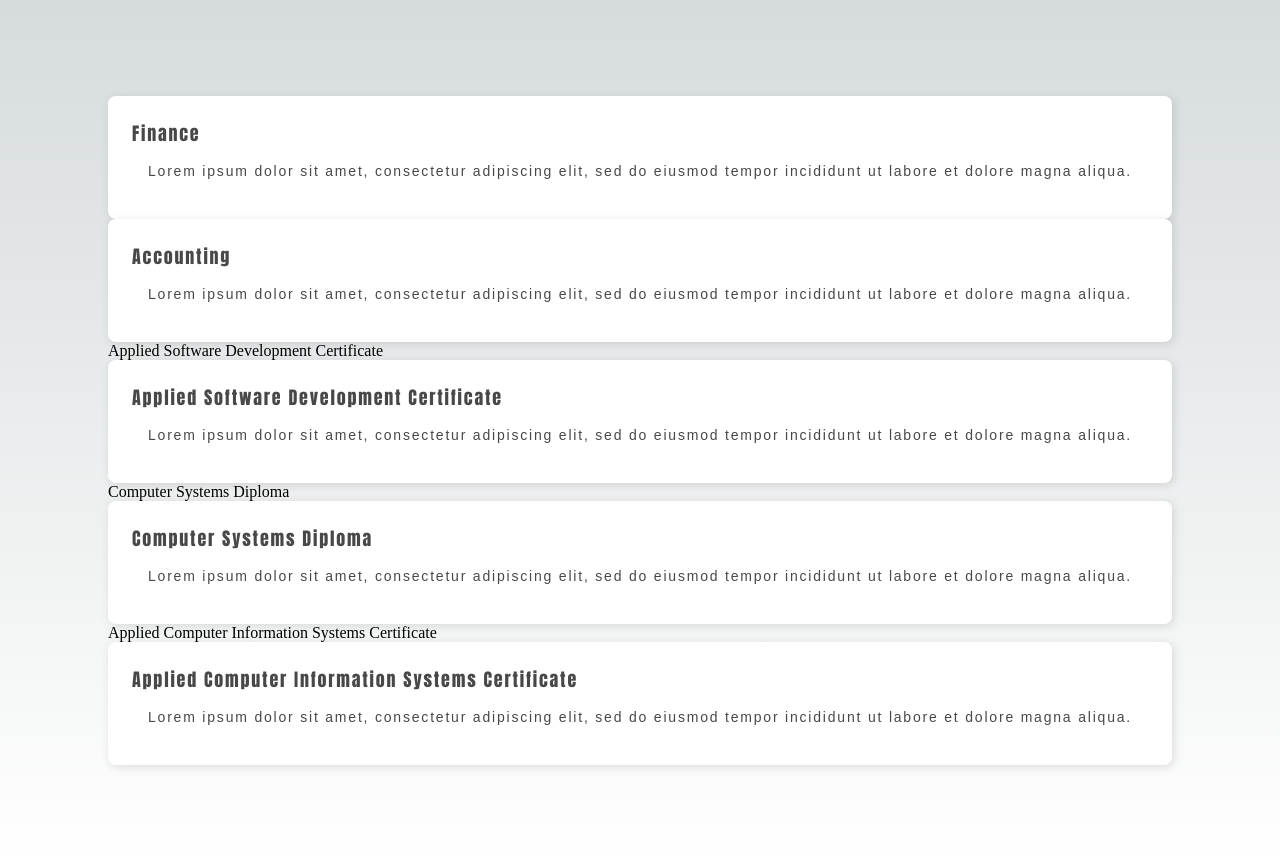
Repository: giovanabirck/class03-vercel-test
Page: /
An editor plug-in stored every save of this project. The page is shown before and after a run of saves, followed by the edit.
The browser window is 1280 px wide. The pictures show the whole page.
The project was rebuilt for these pictures with package versions that can differ from the ones it lists, and the page was loaded fresh each time. The framework's server and built-in components were replaced by stand-ins that run in the browser. Also part of the build but not shown: next.config.js.

Above is the page before, as saved 2023-01-24 21:28:03.

After the next 2 saves:
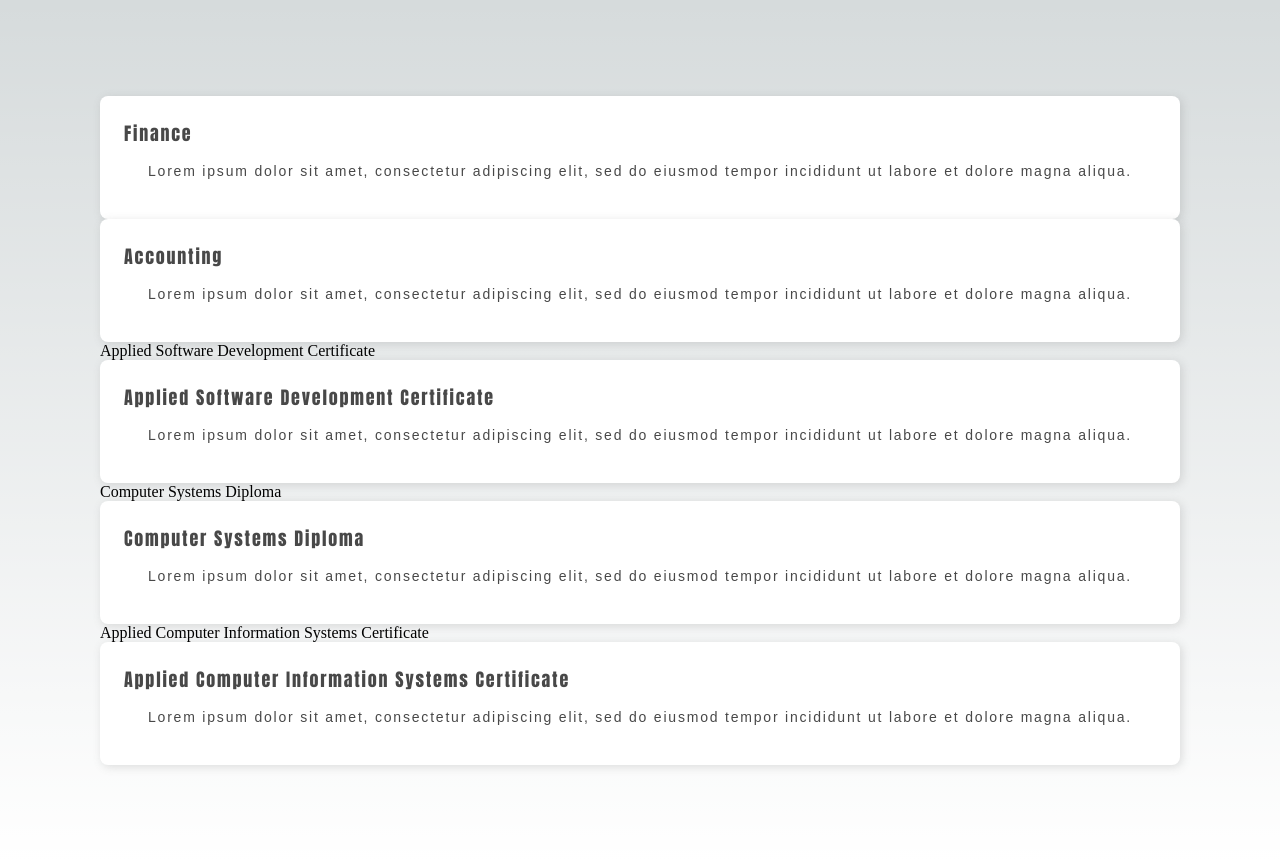
The 2 saves are shown as one change because they came seconds apart.
The last was saved 7 s later.
--- a/components/Card/index.js
+++ b/components/Card/index.js
@@ -23,7 +23,7 @@ export default function Card({
                 fontFamily: "arial",
                 color: "#484848",
                 fontSize: "14px",
-                padding: "16px "
+                padding: "16px 24px"
             }}
             >Lorem ipsum dolor sit amet, consectetur adipiscing elit, sed do eiusmod tempor incididunt ut labore et dolore magna aliqua.</p>
         </div>
